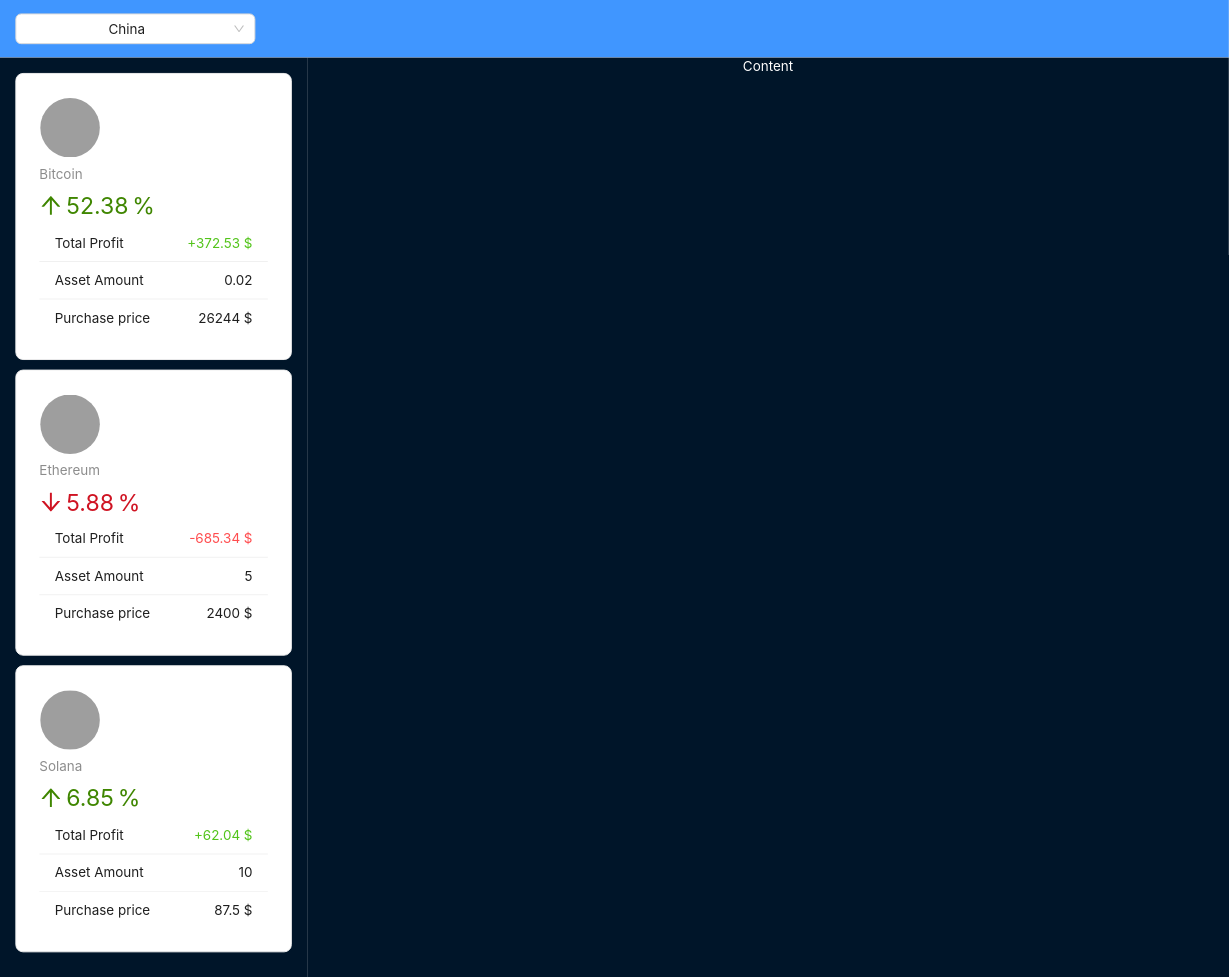
Repository: Vadia23/React-Crypto-App
Page: /
These files come from the project's save history. The page is drawn as it stood at one moment and after the next save; the edit follows.
The browser window is 1280 px wide. The pictures show the whole page, at 96% of full size.
Pictures or frames that could not be fetched are drawn as grey boxes. The project was rebuilt for these pictures with package versions that can differ from the ones it lists, and the page was loaded fresh each time. Also part of the build but not shown: vite.config.js.

Above is the page before, as saved 2024-02-13 19:41:48.

After the next save:
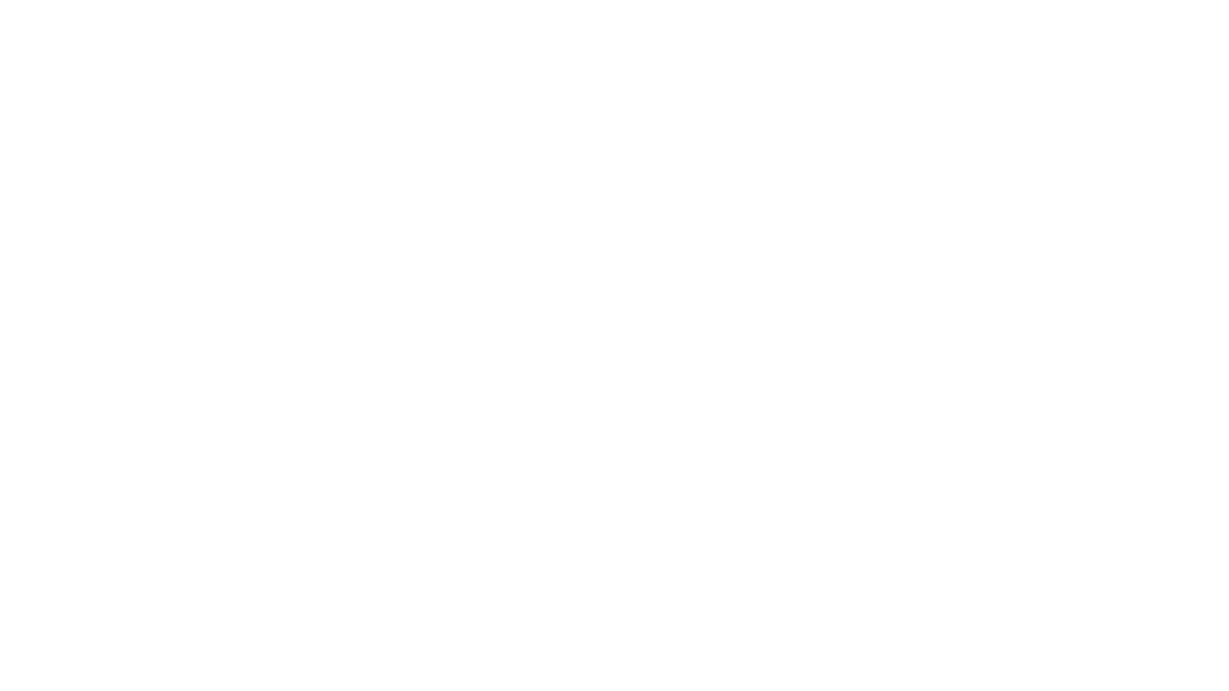
Console error: ReferenceError: Button is not defined
Saved 2 min 53 s later.
--- a/src/components/layout/AppHeader.jsx
+++ b/src/components/layout/AppHeader.jsx
@@ -10,6 +10,10 @@
   display: "flex",
   justifyContent: "space-between",
   alignItems: "center",
+};
+
+const handleChange = (value) => {
+  console.log(`selected ${value}`);
 };
 
 const options = [
@@ -47,7 +51,7 @@
         style={{ width: 250 }}
         placeholder="select one country"
         defaultValue={["china"]}
-        // onChange={handleChange}
+        onChange={handleChange}
         optionLabelProp="label"
         options={options}
         optionRender={(option) => (
@@ -59,6 +63,7 @@
           </Space>
         )}
       />
+      <Button type="primary">Add Asset</Button>
     </Layout.Header>
   );
 }

After the 2 saves that followed:
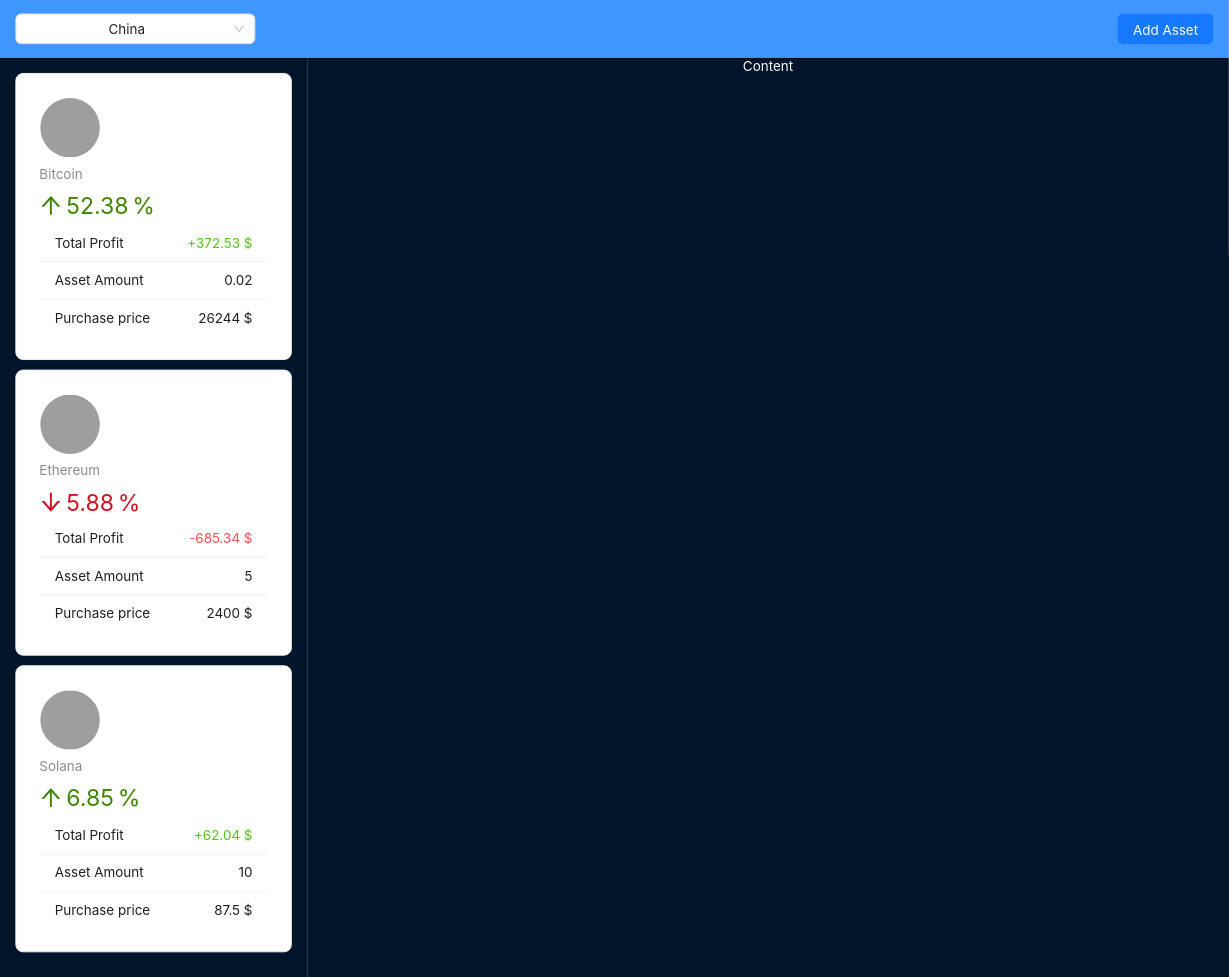
The error is gone.
The 2 saves are shown as one change because 1 left the picture as it was.
The last was saved 48 s later.
--- a/src/components/layout/AppHeader.jsx
+++ b/src/components/layout/AppHeader.jsx
@@ -1,4 +1,4 @@
-import { Layout, Select, Space } from "antd";
+import { Button, Layout, Select, Space } from "antd";
 
 const headerStyle = {
   textAlign: "center",
@@ -10,10 +10,6 @@
   display: "flex",
   justifyContent: "space-between",
   alignItems: "center",
-};
-
-const handleChange = (value) => {
-  console.log(`selected ${value}`);
 };
 
 const options = [
@@ -44,6 +40,9 @@
 ];
 
 export default function AppHeader() {
+  const handleChange = (value) => {
+    console.log(`selected ${value}`);
+  };
   return (
     <Layout.Header style={headerStyle}>
       <Select
